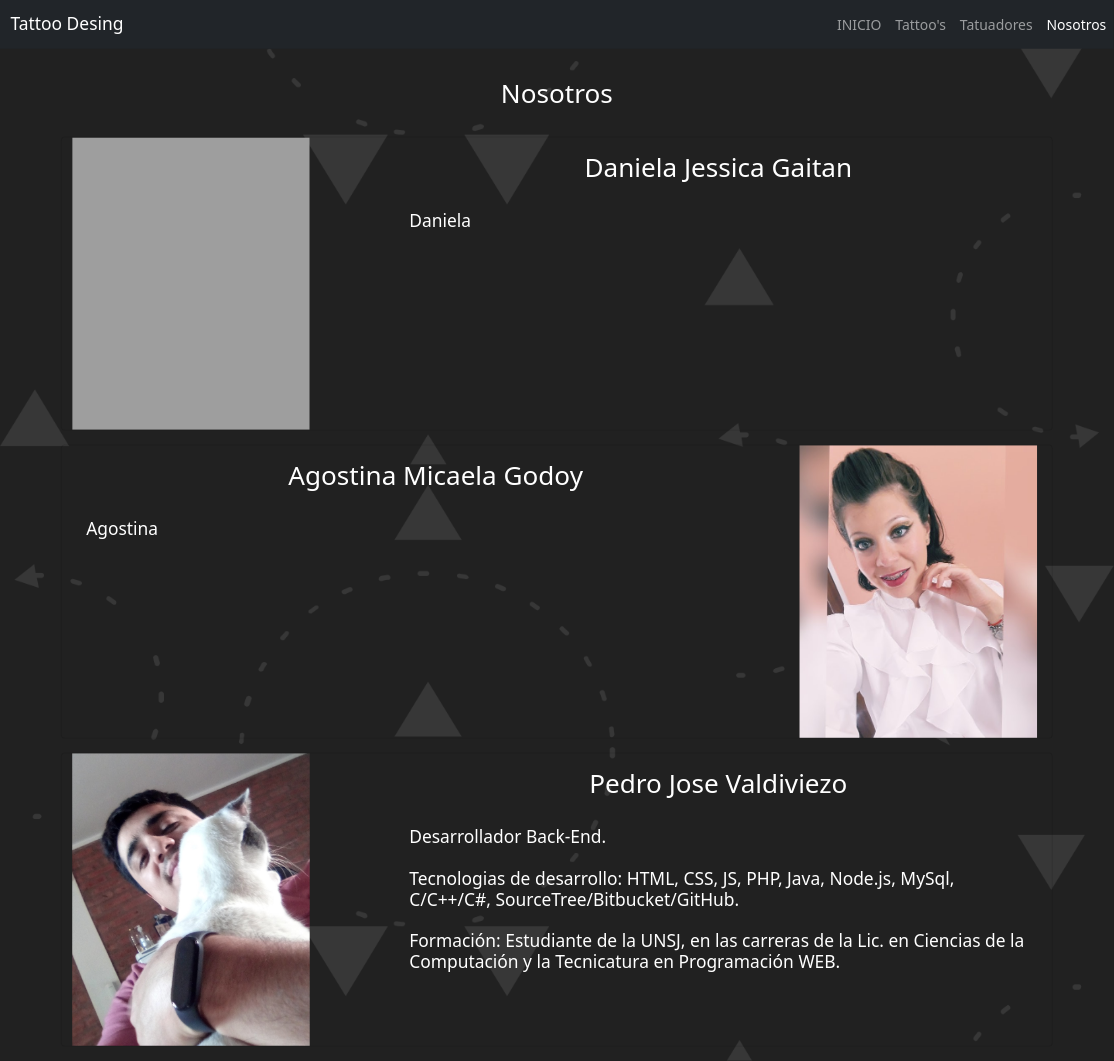
Repository: Vladimir-22/TatooDesign
Page: nosotros.html
An editor plug-in stored every save of this project. The page is shown before and after the next save, followed by the edit.
The browser window is 1280 px wide. The pictures show the whole page, at 87% of full size.
Pictures or frames that could not be fetched are drawn as grey boxes. Some web libraries are served in a nearby version.

Above is the page before, as saved 2021-05-19 19:34:44.

After the next save:
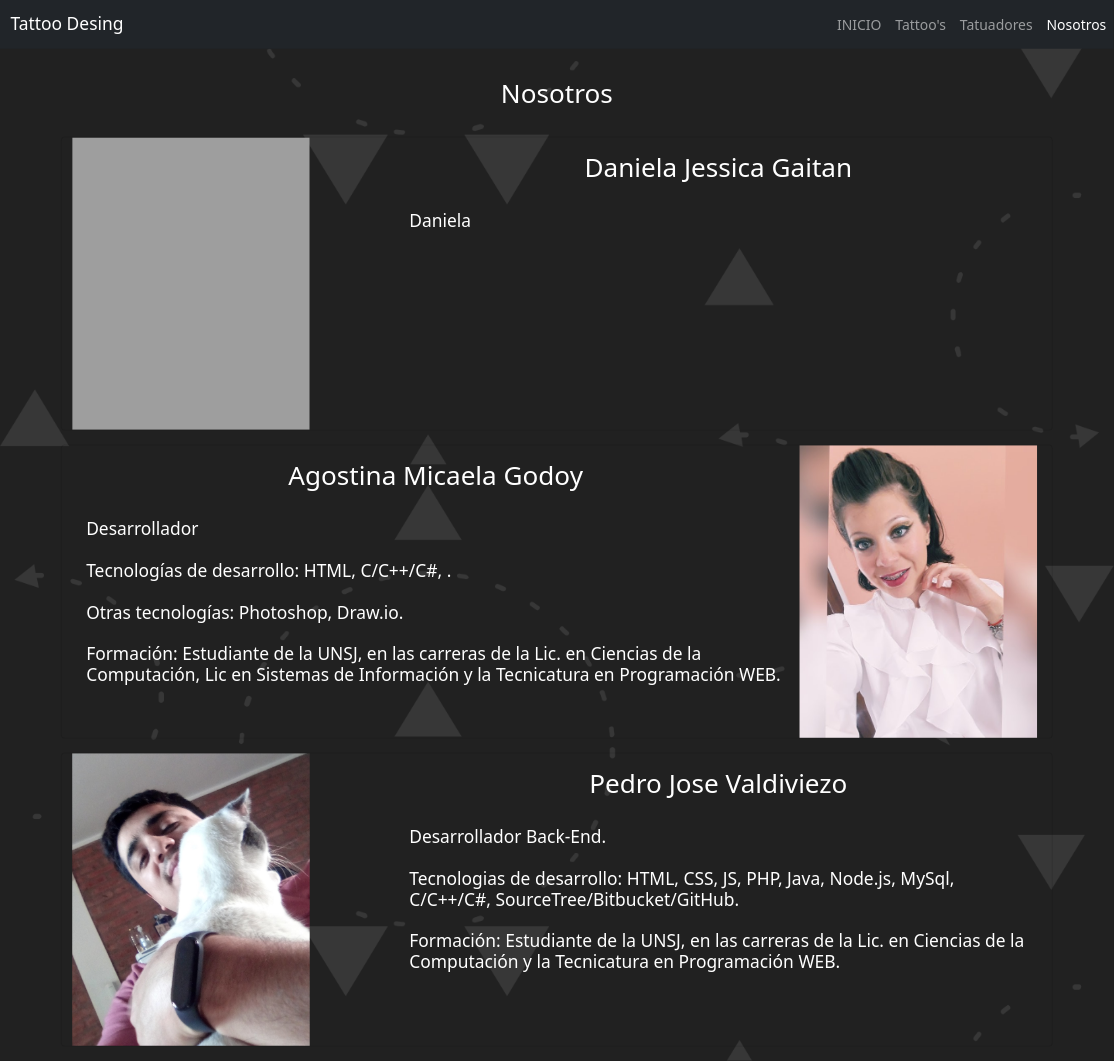
Saved 12 min 16 s later.
--- a/nosotros.html
+++ b/nosotros.html
@@ -88,7 +88,10 @@
                         <div class="card-body">
                             <h1 class="card-title">Agostina Micaela Godoy</h1> <br>
                             <h5 id="descrip-gral" class="card-text">
-                                Agostina
+                                Desarrollador <br><br>
+                                Tecnologías de desarrollo: HTML, C/C++/C#, . <br><br>
+                                Otras tecnologías: Photoshop, Draw.io. <br><br>
+                                Formación:  Estudiante de la UNSJ, en las carreras de la Lic. en Ciencias de la Computación, Lic en Sistemas de Información y la Tecnicatura en Programación WEB.  <br><br>
                             </h5 >
                             <!-- <p class="card-text"><small class="text-muted">Última actualización 3 minutos</small></p> -->
                         </div>
